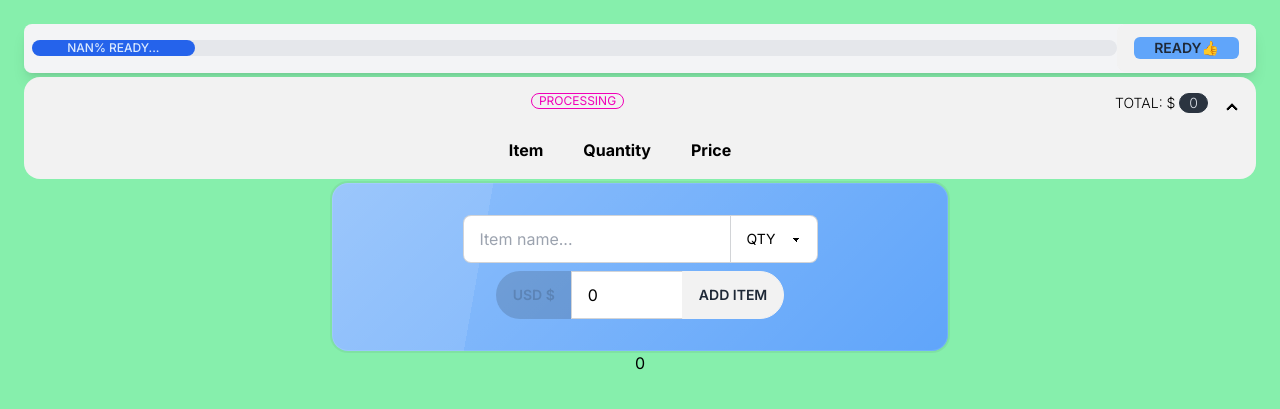
Repository: bitepay/bitepay-xyz
Page: /table
An editor plug-in stored every save of this project. The page is shown before and after the next save, followed by the edit.
The browser window is 1280 px wide. The pictures show the whole page.
The page's requests for data from a server got no answer. The project was rebuilt for these pictures with package versions that can differ from the ones it lists, and the page was loaded fresh each time. The framework's server and built-in components were replaced by stand-ins that run in the browser. No one was signed in, and anything a server would have sent is missing. Also part of the build but not shown: next.config.js.

Above is the page before, as saved 2023-06-27 22:37:18.

After the next save:
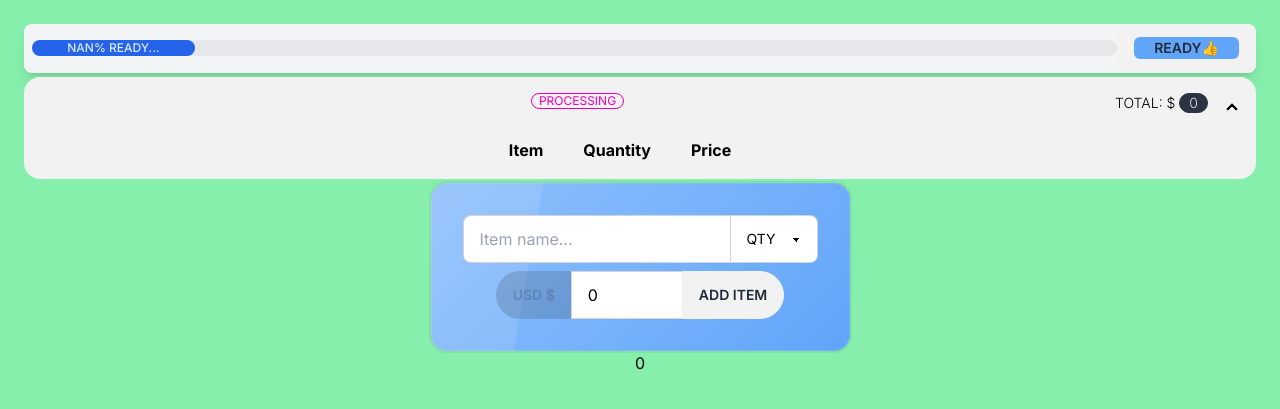
Saved 17 s later.
--- a/src/components/AddItemInput.jsx
+++ b/src/components/AddItemInput.jsx
@@ -26,7 +26,7 @@ export const AddItemInput = ({ handleUserUpdate, user }) => {
 
 	return (
 		<>
-			<div className="card glass w-1/2 bg-blue-400">
+			<div className="card glass min-w-1/2 bg-blue-400">
 				<div className="card-body">
 					<div className="join mx-auto">
 
